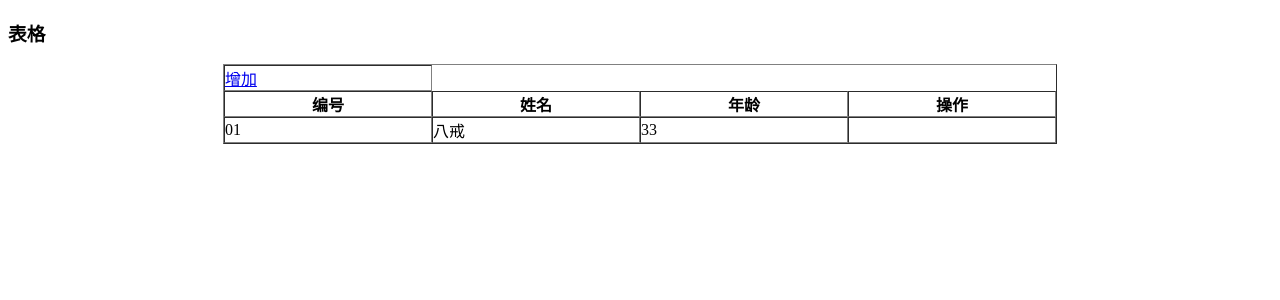
Repository: qyl1006/JavaApps
Page: workspace/web-01-html/WebContent/task02/list2.html
The author's editor kept a copy of each file at every save. The page is drawn from the files as they stood at one save, then again after the next save.
The browser window is 1280 px wide. The pictures show the whole page.

Above is the page before, as saved 2018-03-02 07:34:53.

After the next save:
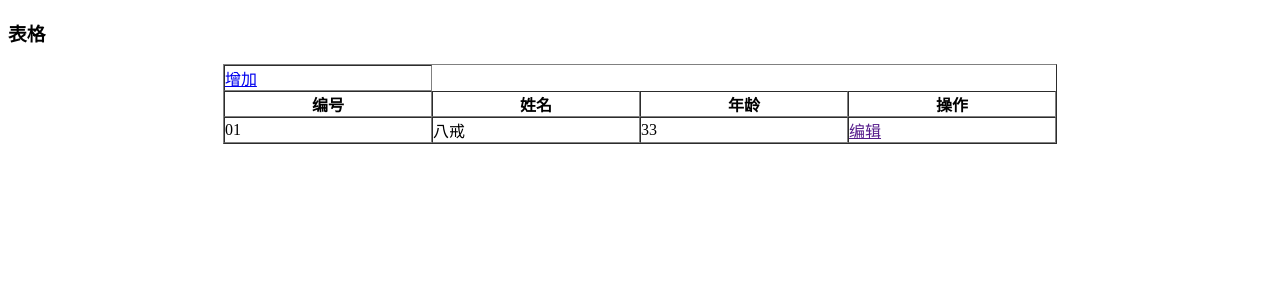
Saved 31 s later.
--- a/workspace/web-01-html/WebContent/task02/list2.html
+++ b/workspace/web-01-html/WebContent/task02/list2.html
@@ -25,7 +25,7 @@
 			<td>八戒</td>
 			<td>33</td>
 			<td>
-
+				<a href="">编辑</a>
 			</td>
 		</tr>
 	</table>
